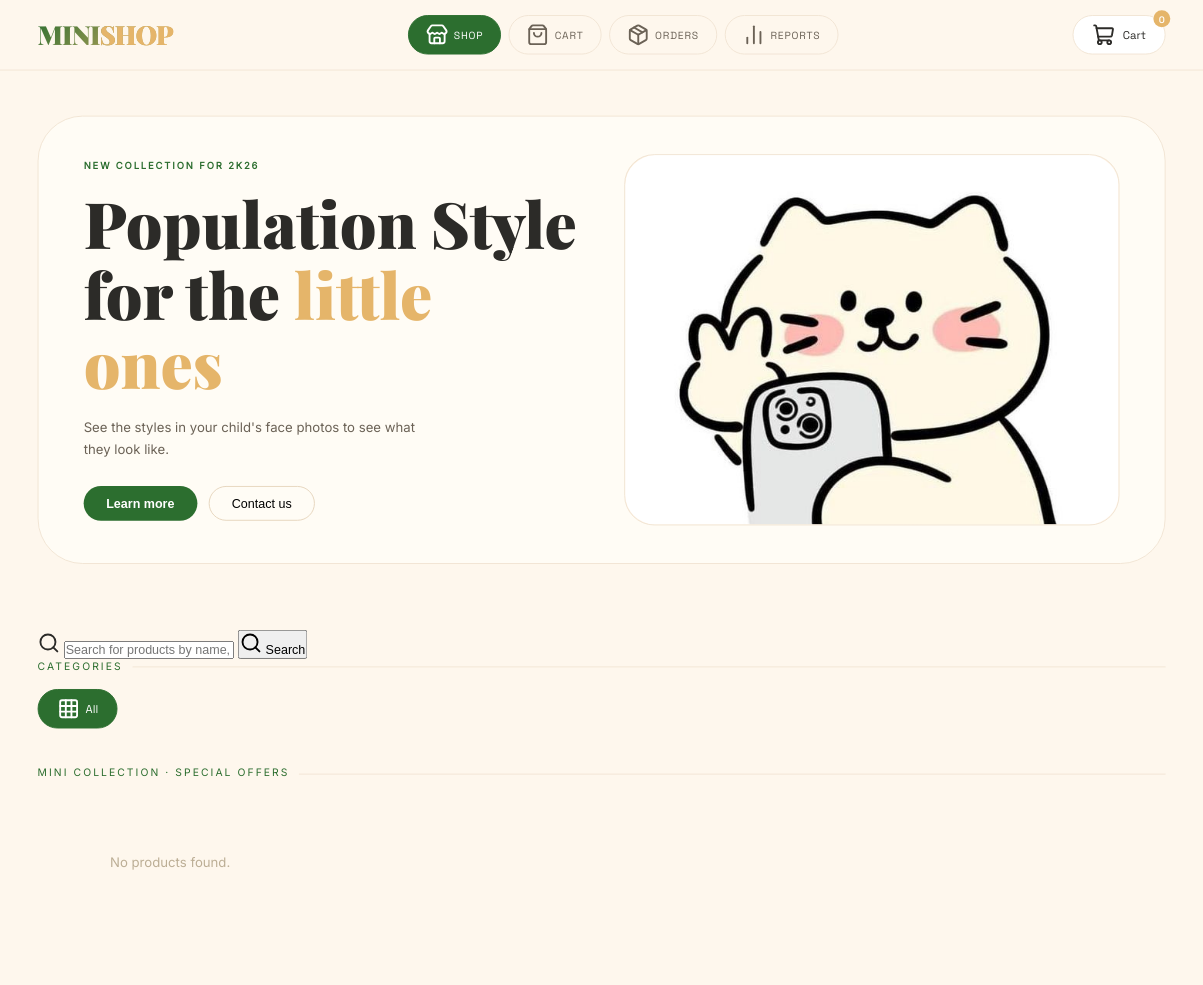
Repository: Pegasuarr/mini-shop
Page: merqe-frontend/Index.html
An editor plug-in stored every save of this project. The page is shown before and after the next save, followed by the edit.
The browser window is 1280 px wide. The pictures show the whole page, at 94% of full size.
The page's requests for data from a server got no answer. Some web libraries are served in a nearby version.

Above is the page before, as saved 2026-06-29 20:37:52.

### merqe-frontend/Index.html
<!DOCTYPE html>
<html lang="en">
<head>
  <meta charset="UTF-8">
  <meta name="viewport" content="width=device-width, initial-scale=1.0, viewport-fit=cover">
  <title>MINI MERQE — Adult Style for Little Ones</title>
  <link href="https://fonts.googleapis.com/css2?family=Inter:opsz,wght@14..32,300;400;500;600;700&family=Playfair+Display:wght@400;500;600;700;800;900&family=Space+Grotesk:wght@400;500;600&display=swap" rel="stylesheet">
  <script src="https://cdnjs.cloudflare.com/ajax/libs/lucide/0.383.0/umd/lucide.min.js"></script>
  <link rel="stylesheet" href="style.css">
</head>
<body>

<header>
  <div class="logo">MINI<span>SHOP</span></div>
  <nav>
    <button class="active" data-view="shop">
      <i data-lucide="store"></i> Shop
    </button>
    <button data-view="cart">
      <i data-lucide="shopping-bag"></i> Cart
    </button>
    <button data-view="orders">
      <i data-lucide="package"></i> Orders
    </button>
    <button data-view="report">
      <i data-lucide="bar-chart-2"></i> Reports
    </button>
  </nav>
  <button class="cart-btn" data-view="cart">
    <i data-lucide="shopping-cart"></i> Cart
    <span class="cart-count" id="cart-count">0</span>
  </button>
</header>

<!-- SHOP VIEW -->
<div id="view-shop" class="view active">
  <!-- HERO -->
  <div class="hero">
    <div class="hero-text">
      <div class="hero-label">NEW COLLECTION FOR 2K26</div>
      <h1>Population Style <br>for the <span>little ones</span></h1>
      <p>See the styles in your child's face photos to see what they look like.</p>
      <div class="hero-actions">
        <button class="hero-btn-primary" id="learnMoreBtn">Learn more</button>
        <button class="hero-btn-secondary" id="contactBtn">Contact us</button>
      </div>
    </div>
    <div class="hero-img">
      <img
        src="images/hero.jpg"
        alt="Mini Merqe collection"
        onerror="this.style.display='none'; this.nextElementSibling.style.display='flex'"
      >
      <div class="hero-img-fallback">
        <i data-lucide="image"></i>
        <span>Add <strong>images/hero.jpg</strong></span>
      </div>
    </div>
  </div>

  <!-- PRODUCT SEARCH BAR -->
  <div class="product-search-section">
    <div class="product-search-bar">
      <i data-lucide="search"></i>
      <input
        type="text"
        id="productSearchInput"
        placeholder="Search for products by name, category, or description..."
        class="product-search-input"
      />
      <button id="productSearchBtn" class="product-search-btn">
        <i data-lucide="search"></i> Search
      </button>
      <button id="clearSearchBtn" class="product-search-clear" style="display:none;">
        <i data-lucide="x"></i>
      </button>
    </div>
    <div class="search-results-info" id="searchResultsInfo" style="display:none;">
      <span id="searchResultCount"></span>
      <button id="clearSearchResultsBtn" class="clear-results-btn">Clear Search</button>
    </div>
  </div>

  <div class="section-label">Categories</div>
  <div class="categories" id="categories-bar"></div>

  <div class="section-label">Mini collection · special offers</div>
  <div class="products-grid" id="products-grid"></div>
</div>

<!-- CART VIEW -->
<div id="view-cart" class="view">
  <h2><i data-lucide="shopping-bag"></i> Your Cart</h2>
  <div id="cart-body"></div>
</div>

<!-- ORDERS VIEW -->
<div id="view-orders" class="view">
  <h2><i data-lucide="package"></i> Orders</h2>
  <div id="orders-body"></div>
</div>

<!-- REPORT VIEW -->
<div id="view-report" class="view">
  <div class="report-header-section">
    <h2><i data-lucide="bar-chart-2"></i> Daily Purchase Report</h2>
    <p style="color:var(--text-soft);margin-top:-8px;margin-bottom:20px;">
      Track and analyze customer purchases with advanced filtering</p>
  </div>

  <!-- Search & Filter Section -->
  <div class="search-filter-section">
    <!-- Search Bar -->
    <div class="search-bar-container">
      <div class="search-bar">
        <i data-lucide="search"></i>
        <input
          type="text"
          id="reportSearchInput"
          placeholder="Search by customer name, order ID, product, or email..."
          class="search-input"
        />
        <button id="reportSearchBtn" class="search-btn">
          <i data-lucide="search"></i> Search
        </button>
      </div>
    </div>

    <!-- Filter Controls -->
    <div class="filter-controls">
      <div class="filter-group">
        <div class="filter-item">
          <label><i data-lucide="calendar"></i> Single Date</label>
          <input type="date" id="reportSingleDate" class="filter-input" />
        </div>
        <div class="filter-divider">or</div>
        <div class="filter-item">
          <label><i data-lucide="calendar-range"></i> Date Range</label>
          <div class="date-range-inputs">
            <input type="date" id="reportStartDate" class="filter-input" placeholder="From" />
            <span class="range-separator">→</span>
            <input type="date" id="reportEndDate" class="filter-input" placeholder="To" />
          </div>
        </div>
      </div>

      <div class="filter-actions">
        <button id="reportApplyFilters" class="btn-apply">
          <i data-lucide="filter"></i> Apply
        </button>
        <button id="reportResetFilters" class="btn-reset">
          <i data-lucide="refresh-cw"></i> Reset
        </button>
      </div>
    </div>

    <!-- Quick Date Filters -->
    <div class="quick-filters">
      <span class="quick-label">Quick:</span>
      <button class="quick-btn" data-days="0">Today</button>
      <button class="quick-btn" data-days="1">Yesterday</button>
      <button class="quick-btn" data-days="7">Last 7 Days</button>
      <button class="quick-btn" data-days="30">Last 30 Days</button>
      <button class="quick-btn" data-days="90">Last 90 Days</button>
    </div>
  </div>

  <!-- Summary Cards -->
  <div class="report-summary-grid" id="reportSummaryGrid">
    <div class="report-stat-card">
      <div class="stat-label">Total Orders</div>
      <div class="stat-value" id="repTotalOrders">0</div>
    </div>
    <div class="report-stat-card">
      <div class="stat-label">Total Revenue</div>
      <div class="stat-value revenue" id="repTotalRevenue">$0.00</div>
    </div>
    <div class="report-stat-card">
      <div class="stat-label">Items Sold</div>
      <div class="stat-value" id="repTotalItems">0</div>
    </div>
    <div class="report-stat-card">
      <div class="stat-label">Unique Customers</div>
      <div class="stat-value" id="repUniqueCustomers">0</div>
    </div>
    <div class="report-stat-card">
      <div class="stat-label">Avg. Order Value</div>
      <div class="stat-value" id="repAvgOrder">$0.00</div>
    </div>
  </div>

  <!-- Results Info -->
  <div class="report-results-info">
    <span id="repResultsCount">Showing 0 orders</span>
    <span id="repDateRange">No date filter applied</span>
  </div>

  <!-- Orders Table -->
  <div class="report-table-container">
    <table class="report-table">
      <thead>
        <tr>
          <th>Order ID</th>
          <th>Customer</th>
          <th>Email</th>
          <th>Products</th>
          <th>Items</th>
          <th>Total</th>
          <th>Status</th>
          <th>Date</th>
          <th>Actions</th>
        </tr>
      </thead>
      <tbody id="reportTableBody">
        <tr>
          <td colspan="9" style="text-align:center;padding:60px;color:var(--muted);">
            <i data-lucide="loader-circle" style="width:32px;height:32px;display:block;margin:0 auto 12px;animation:spin 1s linear infinite;"></i>
            Loading report data...
          </td>
        </tr>
      </tbody>
    </table>
  </div>
</div>

<!-- CHECKOUT MODAL -->
<div id="checkout-modal" style="display:none">
  <div class="modal-overlay">
    <div class="modal">
      <h3><i data-lucide="credit-card"></i> Checkout</h3>
      <div class="form-group">
        <label>Full name</label>
        <input type="text" id="f-name" placeholder="Jane Doe">
      </div>
      <div class="form-group">
        <label>Email</label>
        <input type="email" id="f-email" placeholder="hello@example.com">
      </div>
      <div class="form-group">
        <label>Address</label>
        <input type="text" id="f-address" placeholder="123 Maple Street">
      </div>
      <div class="modal-actions">
        <button class="btn-cancel" id="closeModalBtn">Cancel</button>
        <button class="btn-confirm" id="placeOrderBtn">
          <i data-lucide="check"></i> Place Order
        </button>
      </div>
    </div>
  </div>
</div>

<!-- ORDER DETAIL MODAL -->
<div id="orderDetailModal" style="display:none">
  <div class="modal-overlay" onclick="closeOrderDetail()">
    <div class="modal-content" onclick="event.stopPropagation()">
      <div class="modal-header">
        <h3><i data-lucide="receipt"></i> Order Details</h3>
        <button class="modal-close" onclick="closeOrderDetail()">
          <i data-lucide="x"></i>
        </button>
      </div>
      <div class="modal-body" id="orderDetailBody">
        <!-- Order details will be populated here -->
      </div>
    </div>
  </div>
</div>

<script src="app.js"></script>
</body>
</html>

Loaded but not shown: merqe-frontend/App.js (684 lines, source omitted); merqe-frontend/style.css (660 lines, source omitted)

After the next save:
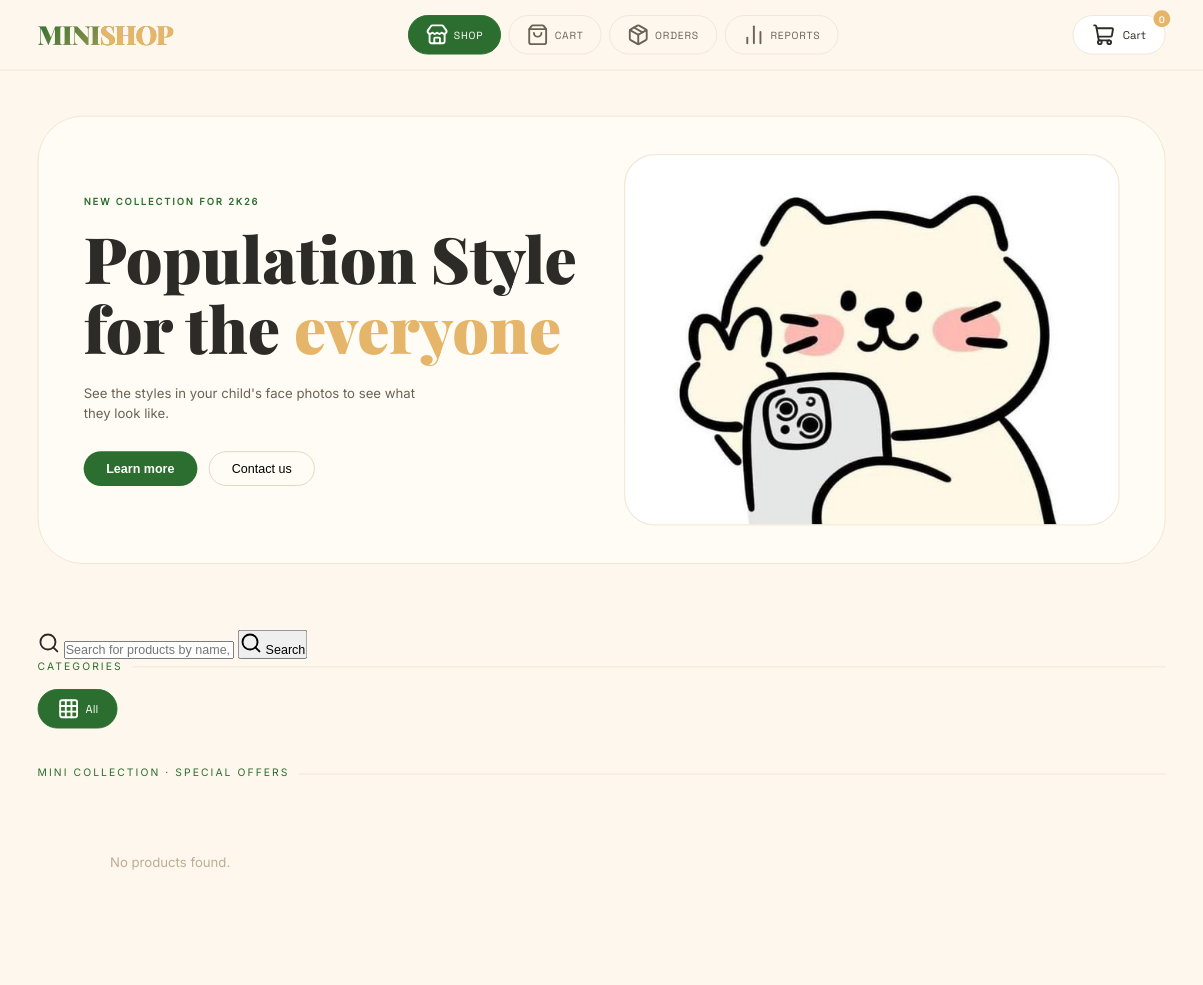
Saved 16 s later.
--- a/merqe-frontend/Index.html
+++ b/merqe-frontend/Index.html
@@ -38,7 +38,7 @@
   <div class="hero">
     <div class="hero-text">
       <div class="hero-label">NEW COLLECTION FOR 2K26</div>
-      <h1>Population Style <br>for the <span>little ones</span></h1>
+      <h1>Population Style <br>for the <span>everyone</span></h1>
       <p>See the styles in your child's face photos to see what they look like.</p>
       <div class="hero-actions">
         <button class="hero-btn-primary" id="learnMoreBtn">Learn more</button>
